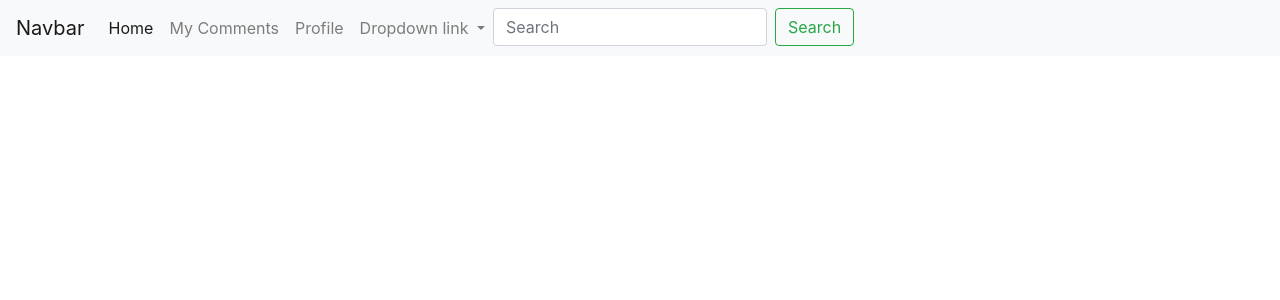
Repository: drewsparker/tuneTalk
Page: userprofile.html
An editor plug-in stored every save of this project. The page is shown before and after the next save, followed by the edit.
The browser window is 1280 px wide. The pictures show the whole page.

Above is the page before, as saved 2022-11-07 12:00:30.

### userprofile.html
<!DOCTYPE html>
<html lang="en">
<head>
    <meta charset="UTF-8">
    <meta http-equiv="X-UA-Compatible" content="IE=edge">
    <meta name="viewport" content="width=device-width, initial-scale=1.0">
    <link rel="stylesheet" href="https://cdn.jsdelivr.net/npm/bootstrap@4.6.2/dist/css/bootstrap.min.css" integrity="sha384-xOolHFLEh07PJGoPkLv1IbcEPTNtaed2xpHsD9ESMhqIYd0nLMwNLD69Npy4HI+N" crossorigin="anonymous">
    <title>tuneTalk - Profile</title>
</head>
<body>

    <nav class="navbar navbar-expand-lg navbar-light bg-light">
  <a class="navbar-brand" href="#">Navbar</a>
  <button class="navbar-toggler" type="button" data-toggle="collapse" data-target="#navbarNavDropdown" aria-controls="navbarNavDropdown" aria-expanded="false" aria-label="Toggle navigation">
    <span class="navbar-toggler-icon"></span>
  </button>
  <div class="collapse navbar-collapse" id="navbarNavDropdown">
    <ul class="navbar-nav">
      <li class="nav-item active">
        <a class="nav-link" href="#">Home <span class="sr-only">(current)</span></a>
      </li>
      <li class="nav-item">
        <a class="nav-link" href="#">My Comments</a>
      </li>
      <li class="nav-item">
        <a class="nav-link" href="#">Profile</a>
      </li>
      <li class="nav-item dropdown">
        <a class="nav-link dropdown-toggle" href="#" role="button" data-toggle="dropdown" aria-expanded="false">
          Dropdown link
        </a>
        <div class="dropdown-menu">
          <a class="dropdown-item" href="#">Action</a>
          <a class="dropdown-item" href="#">Another action</a>
          <a class="dropdown-item" href="#">Something else here</a>
        </div>
    </li>
        <li>
        <form class="form-inline">
            <input class="form-control mr-sm-2" type="search" placeholder="Search" aria-label="Search">
            <button class="btn btn-outline-success my-2 my-sm-0" type="submit">Search</button>
      </li>
    </ul>
  </div>
</nav>

</body>
</html>

After the next save:
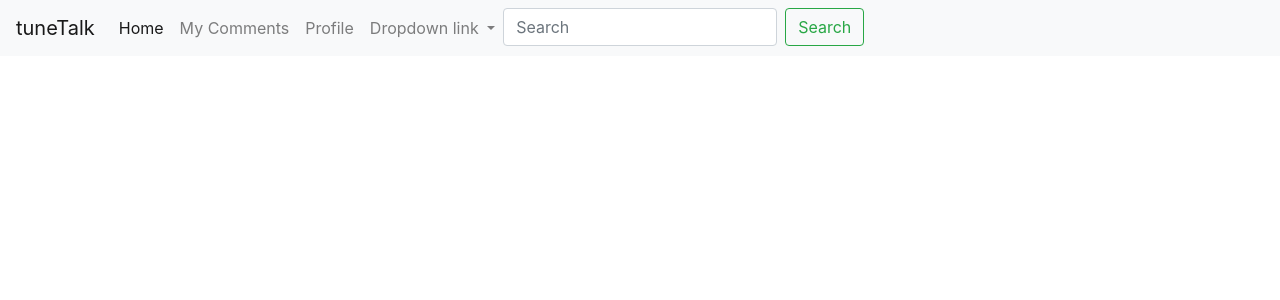
Saved 78 s later.
--- a/userprofile.html
+++ b/userprofile.html
@@ -10,7 +10,7 @@
 <body>
 
     <nav class="navbar navbar-expand-lg navbar-light bg-light">
-  <a class="navbar-brand" href="#">Navbar</a>
+  <a class="navbar-brand" href="#">tuneTalk</a>
   <button class="navbar-toggler" type="button" data-toggle="collapse" data-target="#navbarNavDropdown" aria-controls="navbarNavDropdown" aria-expanded="false" aria-label="Toggle navigation">
     <span class="navbar-toggler-icon"></span>
   </button>
